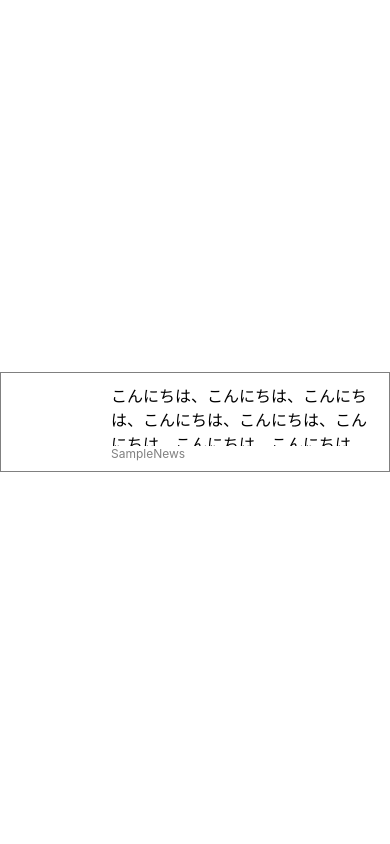
Repository: kawamoto0429/udemy_news
Screen: /
The author's editor kept a copy of each file at every save. The screen is drawn from the files as they stood at one save, then again after the next save.
The app was drawn by React Native's web renderer in a window 390 px wide. The project was rebuilt for these pictures with package versions that can differ from the ones it lists, and the page was loaded fresh each time.

Above is the screen before, as saved 2022-03-02 21:44:56.

### App.js
import React from 'react';
import { StyleSheet, Text, View, Image } from 'react-native';
import ListItem from "./components/ListItem";
import articles from "./dummies/articles";

export default function App() {
  const items = articles.map(article => {return(
    <ListItem
      imageUrl={article.urlToImage}
      title={article.title}
      author={article.author}
    />
  )})
  const styles = StyleSheet.create({
    container: {
      flex: 1,
      backgroundColor: '#fff',
      alignItems: 'center',
      justifyContent: 'center',
    },
    itemContainer: {
      height: 100,
      width: "100%",
      borderColor: 'gray',
      borderWidth: 1,
      flexDirection: "row"
    },
    leftContainer: {
      width: 100,
    },
    rightContainer: {
      flex: 1,
      padding: 10,
      justifyContent: "space-between",
    },
    stretch: {
      width: 100,
      height: 100,
    },
    text: {
      fontSize: 16,
    },
    subText: {
      fontSize: 12,
      color: 'gray',
    }
  });

  return (
    <View style={styles.container}>
      <ListItem
        author="SampleNews"
        imageUrl="https://picsum.photos/200/300"
        title="こんにちは、こんにちは、こんにちは、こんにちは、こんにちは、こんにちは、こんにちは、こんにちは、こんにちは、こんにちは、こんにちは、こんにちは、こんにちは、こんにちは、こんにちは、こんにちは、こんにちは、こんにちは、"
      />

    </View>
  );
}

### components/ListItem.js
import React from 'react';
import { StyleSheet, Text, View, Image } from 'react-native';


export default function ListItem({author, imageUrl, title}) {
  const styles = StyleSheet.create({
    itemContainer: {
      height: 100,
      width: "100%",
      borderColor: 'gray',
      borderWidth: 1,
      flexDirection: "row"
    },
    leftContainer: {
      width: 100,
    },
    rightContainer: {
      flex: 1,
      padding: 10,
      justifyContent: "space-between",
    },
    stretch: {
      width: 100,
      height: 100,
    },
    text: {
      fontSize: 16,
    },
    subText: {
      fontSize: 12,
      color: 'gray',
    }
  });

  return (
    <View style={styles.itemContainer}>
        <View style={styles.leftContainer}>
        <Image
          style={styles.stretch}
          source={{uri: {imageUrl} }}
        />
        </View>
        <View style={styles.rightContainer}>
          <Text numberOfLines={3} style={styles.text}>
            {title}
          </Text>
          <Text style={styles.subText}>
            {author}
          </Text>
        </View>
      </View>
  )
}

Loaded but not shown: dummies/articles.json (common file)

After the next save:
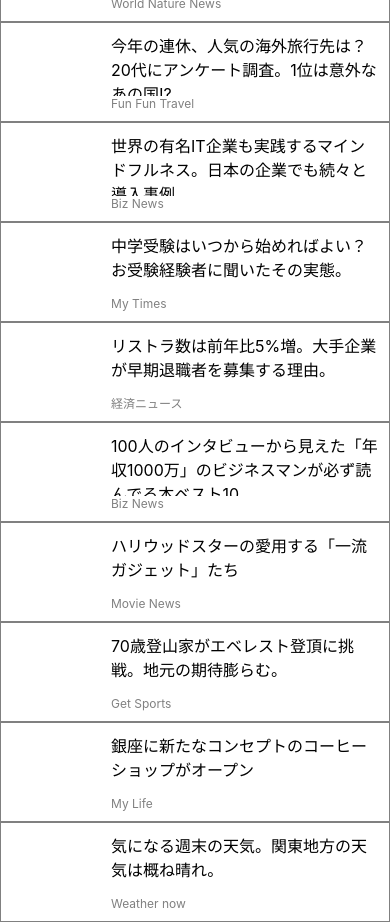
Saved 83 s later.
--- a/App.js
+++ b/App.js
@@ -4,8 +4,9 @@ import ListItem from "./components/ListItem";
 import articles from "./dummies/articles";
 
 export default function App() {
-  const items = articles.map(article => {return(
+  const items = articles.map((article, index) => {return(
     <ListItem
+      id = {index}
       imageUrl={article.urlToImage}
       title={article.title}
       author={article.author}
@@ -48,12 +49,7 @@ export default function App() {
 
   return (
     <View style={styles.container}>
-      <ListItem
-        author="SampleNews"
-        imageUrl="https://picsum.photos/200/300"
-        title="こんにちは、こんにちは、こんにちは、こんにちは、こんにちは、こんにちは、こんにちは、こんにちは、こんにちは、こんにちは、こんにちは、こんにちは、こんにちは、こんにちは、こんにちは、こんにちは、こんにちは、こんにちは、"
-      />
-
+      {items}
     </View>
   );
 }
